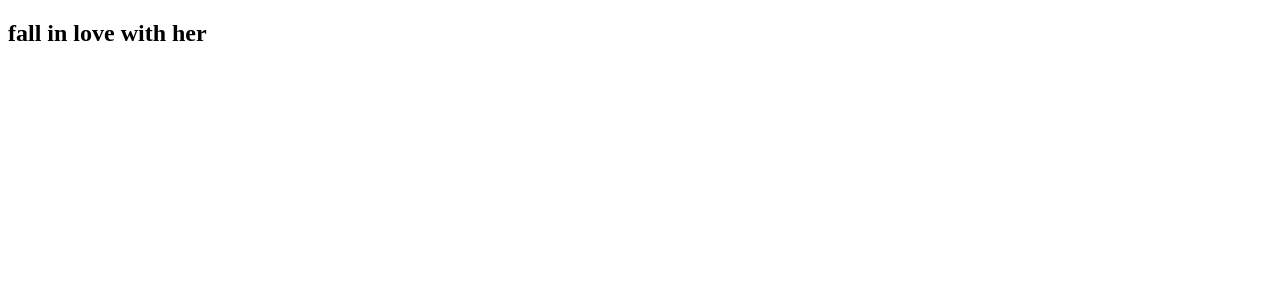
Repository: triumph-star/CSS-practice
Page: One CSS per day/broken/index.html
An editor plug-in stored every save of this project. The page is shown before and after a run of saves, followed by the edit.
The browser window is 1280 px wide. The pictures show the whole page.
Some web fonts or font styles are not loaded; a fallback is used.

Above is the page before, as saved 2020-11-13 15:56:18.

After the next 10 saves:
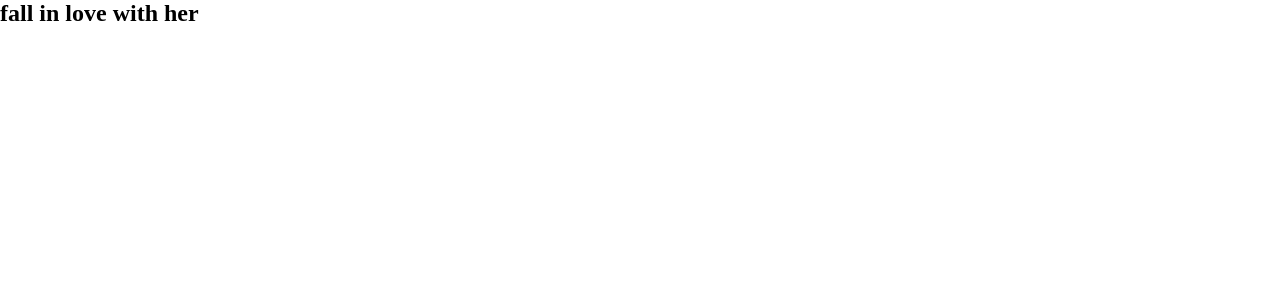
The 10 saves are shown as one change because they came seconds apart.
The last was saved 38 s later.
--- a/One CSS per day/broken/css.css
+++ b/One CSS per day/broken/css.css
@@ -1,5 +1,7 @@
 @import url(./font.css);
 
 *{
-  mar
+  margin: 0;
+  padding: 0;
+  font-family: 'Poppins';
 }
